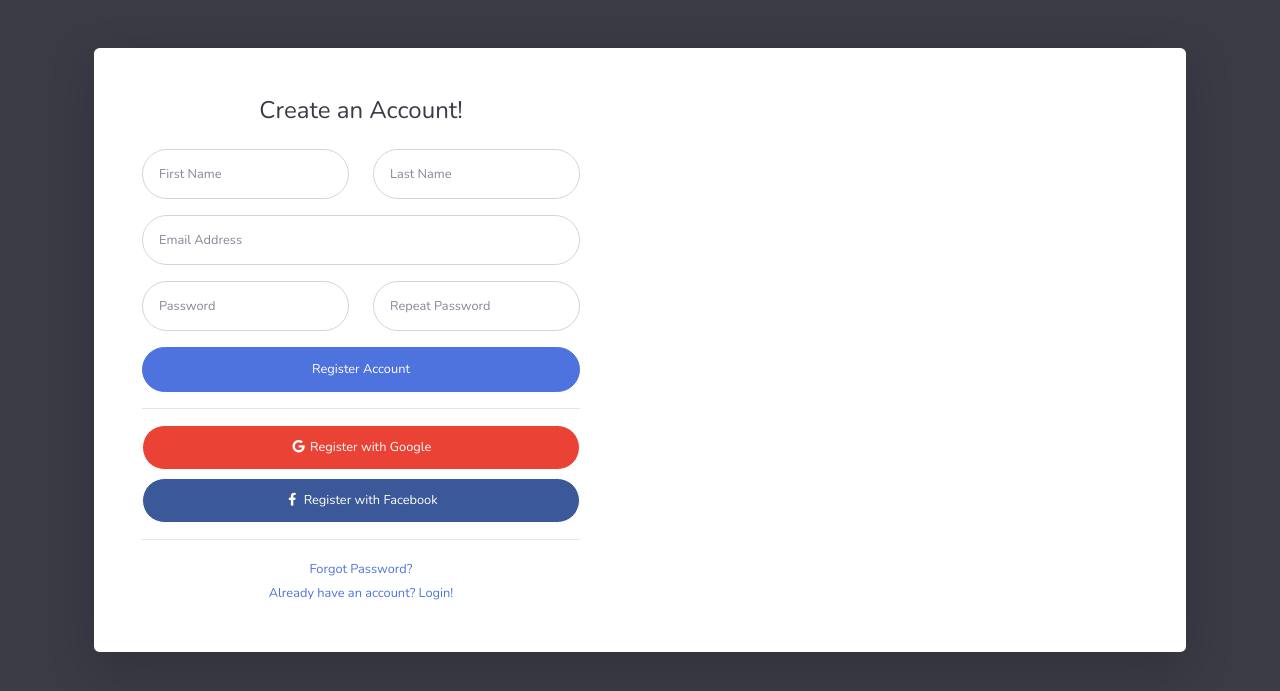
Repository: TuanLe8899/SpringBootProject
Page: http://localhost/register
An editor plug-in stored every save of this project. The page is shown before and after the next save, followed by the edit.
The browser window is 1280 px wide. The pictures show the whole page.
The page is this project's Thymeleaf template; nobody is signed in. Other server files are loaded and not shown. The template is opened directly, without the code that normally fills it, so the values that code supplies are empty.

Above is the page before, as saved 2022-08-24 14:57:45.

### complaint_management/src/main/resources/templates/register.html
<!DOCTYPE html>
<html lang="en" xmlns="http://www.w3.org/1999/xhtml" xmlns:th="http://www.thymeleaf.org"
    xmlns:sec="http://www.thymeleaf.org" xmlns:layout="http://www.ultraq.net.nz/thymeleaf/layout">

<head>

    <meta charset="utf-8">
    <meta http-equiv="X-UA-Compatible" content="IE=edge">
    <meta name="viewport" content="width=device-width, initial-scale=1, shrink-to-fit=no">
    <meta name="description" content="">
    <meta name="author" content="">

    <title>register</title>

    <!-- Custom fonts for this template-->
    <link th:href="@{/vendor/fontawesome-free/css/all.min.css}" rel="stylesheet" type="text/css">
    <link
        href="https://fonts.googleapis.com/css?family=Nunito:200,200i,300,300i,400,400i,600,600i,700,700i,800,800i,900,900i"
        rel="stylesheet">

    <!-- Custom styles for this template-->
    <link th:href="@{/css/sb-admin-2.min.css}" rel="stylesheet">

</head>

<body class="bg-gray-900">

    <div class="container">

        <div class="card o-hidden border-0 shadow-lg my-5">
            <div class="card-body p-0">
                <!-- Nested Row within Card Body -->
                <div class="row">
                    <div class="col-6">
                        <div class="p-5">
                            <div class="text-center">
                                <h1 class="h4 text-gray-900 mb-4">Create an Account!</h1>
                            </div>
                            <form class="user">
                                <div class="form-group row">
                                    <div class="col-sm-6 mb-3 mb-sm-0">
                                        <input type="text" class="form-control form-control-user" id="exampleFirstName"
                                            placeholder="First Name">
                                    </div>
                                    <div class="col-sm-6">
                                        <input type="text" class="form-control form-control-user" id="exampleLastName"
                                            placeholder="Last Name">
                                    </div>
                                </div>
                                <div class="form-group">
                                    <input type="email" class="form-control form-control-user" id="exampleInputEmail"
                                        placeholder="Email Address">
                                </div>
                                <div class="form-group row">
                                    <div class="col-sm-6 mb-3 mb-sm-0">
                                        <input type="password" class="form-control form-control-user"
                                            id="exampleInputPassword" placeholder="Password">
                                    </div>
                                    <div class="col-sm-6">
                                        <input type="password" class="form-control form-control-user"
                                            id="exampleRepeatPassword" placeholder="Repeat Password">
                                    </div>
                                </div>
                                <a href="login.html" class="btn btn-primary btn-user btn-block">
                                    Register Account
                                </a>
                                <hr>
                                <a href="index.html" class="btn btn-google btn-user btn-block">
                                    <i class="fab fa-google fa-fw"></i> Register with Google
                                </a>
                                <a href="index.html" class="btn btn-facebook btn-user btn-block">
                                    <i class="fab fa-facebook-f fa-fw"></i> Register with Facebook
                                </a>
                            </form>
                            <hr>
                            <div class="text-center">
                                <a class="small" href="forgot-password.html">Forgot Password?</a>
                            </div>
                            <div class="text-center">
                                <a class="small" href="login.html">Already have an account? Login!</a>
                            </div>
                        </div>
                    </div>
                </div>
            </div>
        </div>

    </div>

    <!-- Bootstrap core JavaScript-->
    <script th:src="@{/vendor/jquery/jquery.min.js}"></script>
    <script th:src="@{/vendor/bootstrap/js/bootstrap.bundle.min.js}"></script>

    <!-- Core plugin JavaScript-->
    <script th:src="@{/vendor/jquery-easing/jquery.easing.min.js}"></script>

    <!-- Custom scripts for all pages-->
    <script th:src="@{/js/sb-admin-2.min.js}"></script>

</body>

</html>

Loaded but not shown: complaint_management/src/main/resources/static/css/sb-admin-2.min.css (library); complaint_management/src/main/resources/static/js/sb-admin-2.min.js (common file)

After the next save:
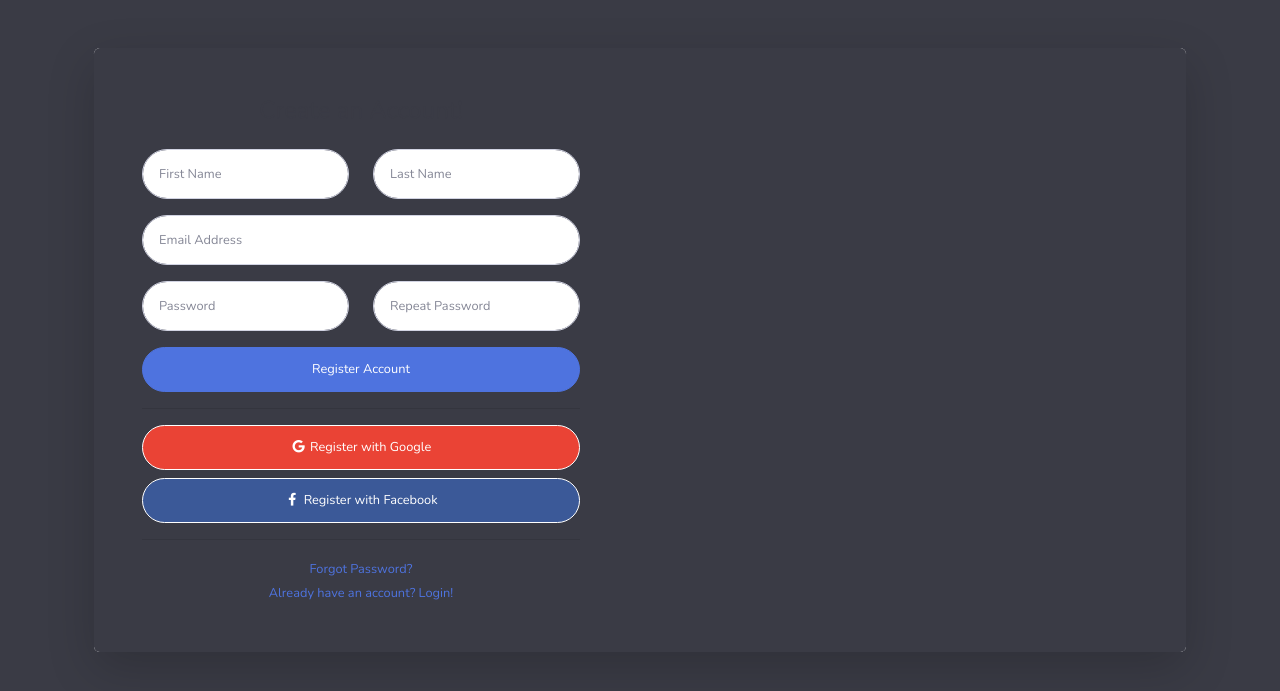
Saved 27 s later.
--- a/complaint_management/src/main/resources/templates/register.html
+++ b/complaint_management/src/main/resources/templates/register.html
@@ -30,7 +30,7 @@
         <div class="card o-hidden border-0 shadow-lg my-5">
             <div class="card-body p-0">
                 <!-- Nested Row within Card Body -->
-                <div class="row">
+                <div class="row bg-gray-900">
                     <div class="col-6">
                         <div class="p-5">
                             <div class="text-center">
